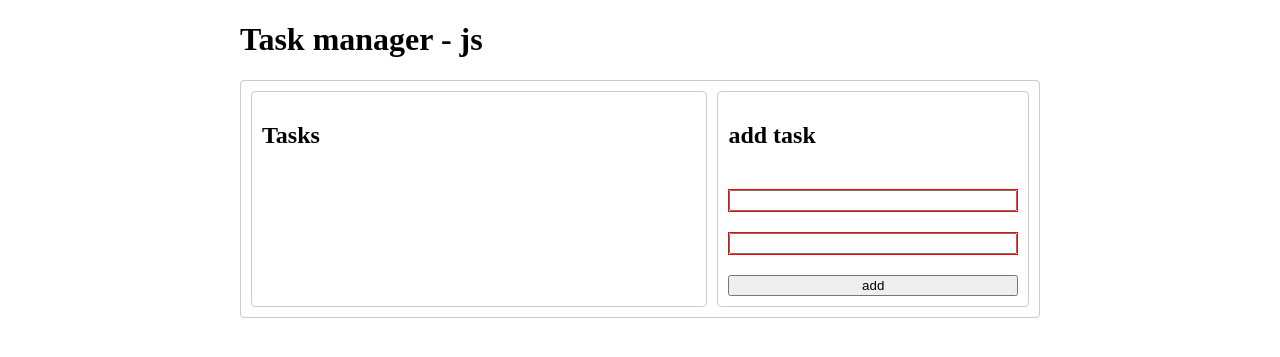
Repository: iKrekus/taskmgr-js
Page: index.html
An editor plug-in stored every save of this project. The page is shown before and after the next save, followed by the edit.
The browser window is 1280 px wide. The pictures show the whole page.

Above is the page before, as saved 2024-03-15 13:40:11.

### index.html
<!DOCTYPE html>
<html>
<head>
  <meta charset='utf-8'>
  <meta http-equiv='X-UA-Compatible' content='IE=edge'>
  <title>Task manager - js</title>
  <meta name='viewport' content='width=device-width, initial-scale=1'>
  <link rel='stylesheet' type='text/css' media='screen' href='style.css'>
</head>
<body>
<main class="task-mgr">
  <h1>Task manager - js</h1>
  <div class="task-mgr__container container">
    <div class="task-mgr__tasks-box container">
      <h2>Tasks</h2>
      <ul class="task-mgr__list">
      </ul>
    </div>
    <div class="task-mgr__add-task container">
      <h2>add task</h2>
      <label for="title">
        <input type="text" name="title" id="task-title" class="task-mgr__field">
      </label>
      <label for="description">
        <input type="text" name="description" id="task-description" class="task-mgr__field">
      </label>
      <button type="button" class="btn btn__add" id="btn-add">add</button>
    </div>
  </div>
</main>
<template id="task-tmpl">
  <li>
  <p class="task-title"></p>
  <p class="task-description"></p>
  <button type="button" class="btn btn__remove">Clear</button>
  </li>
</template>
<script src='app.js'></script>
</body>
</html>

### style.css
.task-mgr {
  max-width: 800px;
  margin: 0 auto;
}

li {
  list-style-type: none;
  padding: 0;
}

.task-mgr__container {
  display: flex;
  gap: 10px;
}

.task-mgr__tasks-box {
  width: 60%;
}

.task-mgr__add-task {
  width: 40%;
  display: flex;
  flex-direction: column;
  gap: 20px;

}

.task-mgr__add-task label {
  display: flex;
  flex-direction: row;
  border: 1px solid red;
}


.task-mgr__field {
  width: 100%;
  padding: 1px 5px;
}

.task-mgr-btn {
  width: 100%;
}

.container {
  border: 1px solid #cccccc;
  border-radius: 4px;
  padding: 10px;
}

### app.js
const taskTitleField = document.querySelector('#task-title');
const taskDescriptionField = document.querySelector('#task-description');
const buttonAdd = document.querySelector('#btn-add');
const taskTitle = document.querySelector('.task-mgr__list');
const taskTemplate = document.querySelector('#task-tmpl').content;

buttonAdd.addEventListener('click', function () {
  if (taskTitleField.value && taskDescriptionField.value) {
  createTask(taskTitleField.value, taskDescriptionField.value);
  clear();
  }

})

function clear(){
  taskTitleField.value='';
  taskDescriptionField.value='';
};

function createTask (name, description) {
  const task = taskTemplate.cloneNode(true);
  task.querySelector('.task-title').textContent = name;
  task.querySelector('.task-description').textContent = description;
  task.querySelector('.btn__remove').addEventListener('click', function(){
    this.closest('LI').remove();
  });
  renderTask(task)
}

function renderTask (task) {
  const taskElement = document.createDocumentFragment();
  taskElement.append(task);
  taskTitle.append(taskElement);
}

After the next save:
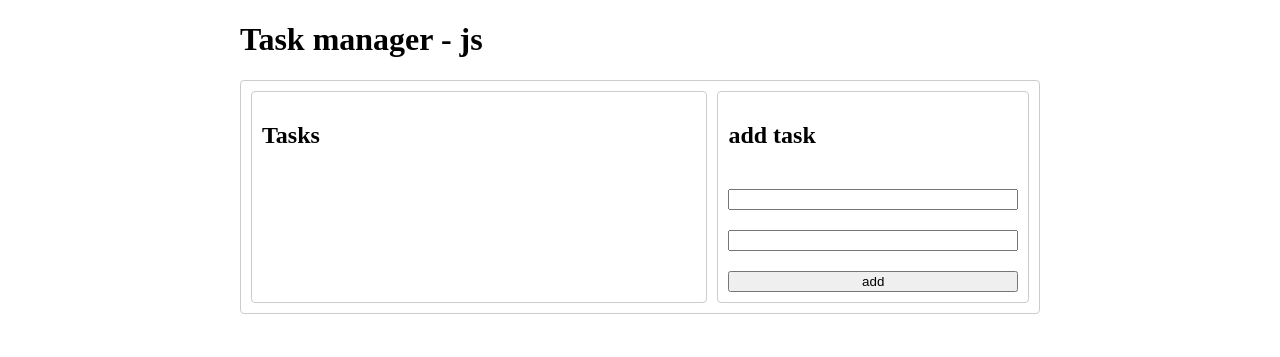
Saved 76 min 39 s later.
--- a/style.css
+++ b/style.css
@@ -28,7 +28,6 @@ li {
 .task-mgr__add-task label {
   display: flex;
   flex-direction: row;
-  border: 1px solid red;
 }
 
 
